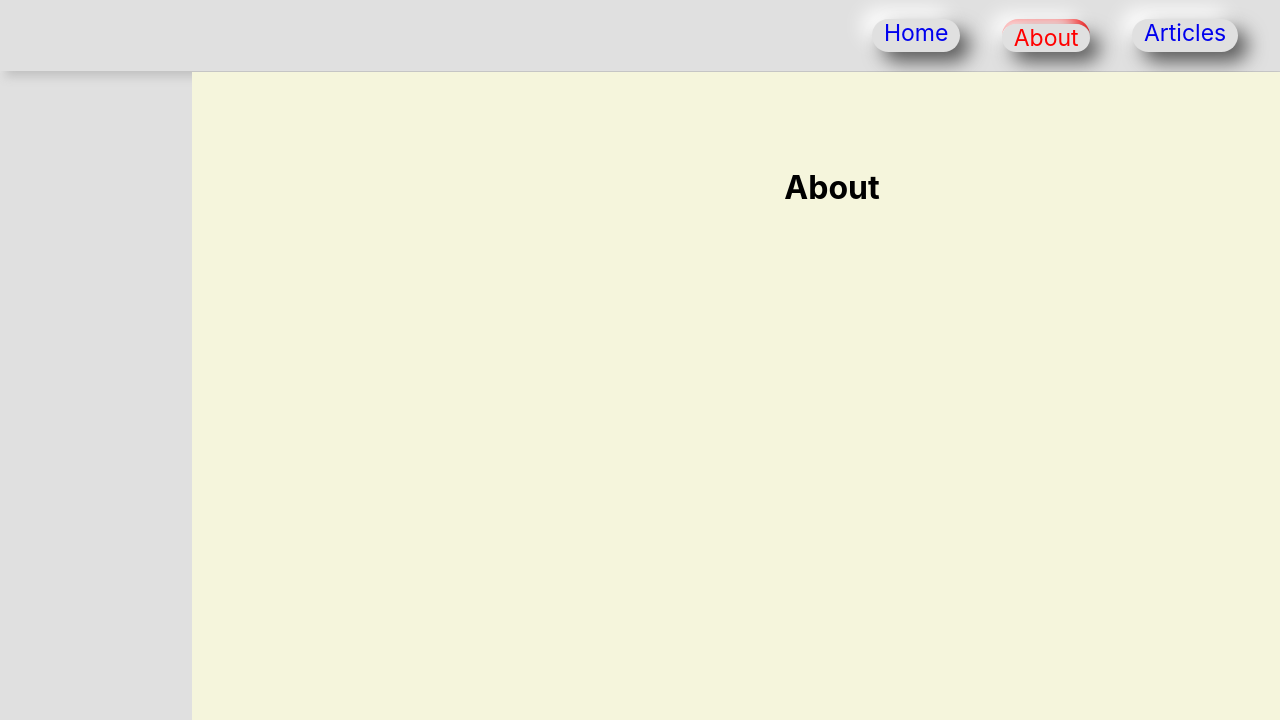
Repository: ShindanoSingi/react-software-architecture-course
Page: /about
These files come from the project's save history. The page is drawn as it stood at one moment and after the next save; the edit follows.
The browser window is 1280 px wide. The pictures show the whole page.
The project was rebuilt for these pictures with package versions that can differ from the ones it lists, and the page was loaded fresh each time. Also part of the build but not shown: src/pages/Home.js, src/pages/Articles.js.

Above is the page before, as saved 2022-12-25 21:03:30.

After the next save:
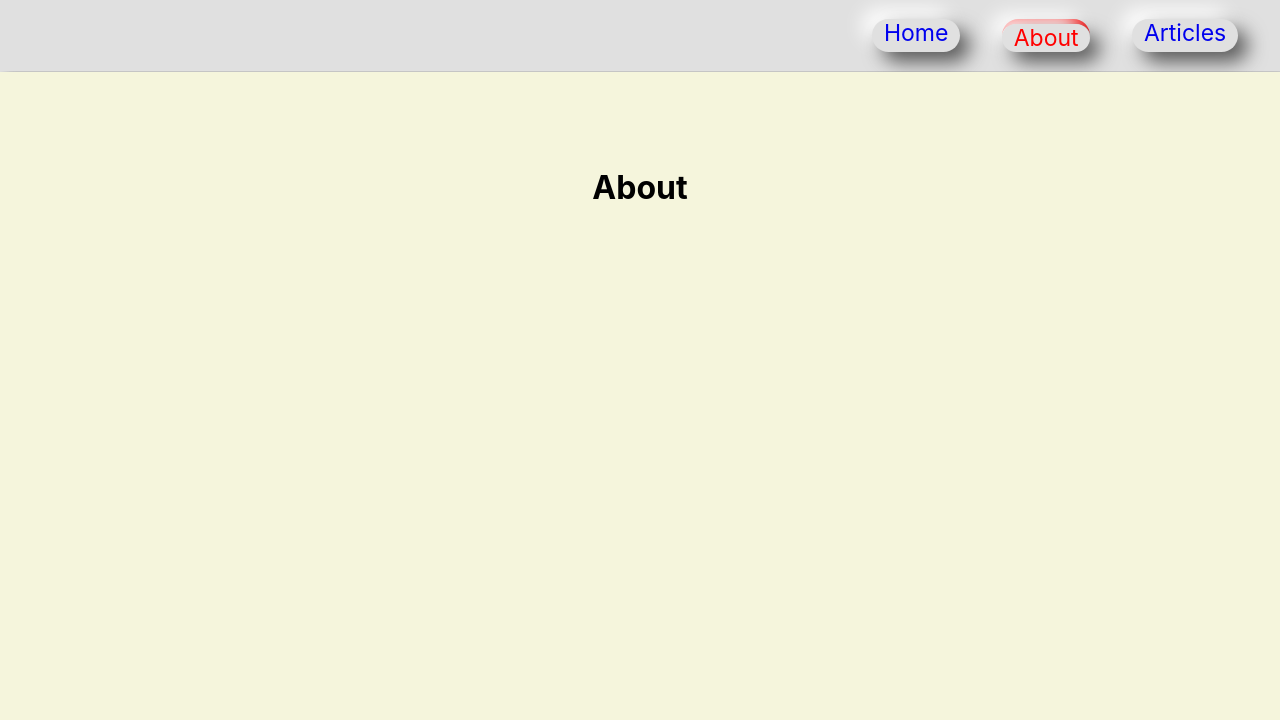
Saved 13 s later.
--- a/src/App.css
+++ b/src/App.css
@@ -43,8 +43,6 @@ a {
 .container {
     position: fixed;
     top: 4.5em;
-    left: 15%;
-    margin-right: 25%;
     width: 80em;
     background-color: beige;
     margin: 0 auto;
